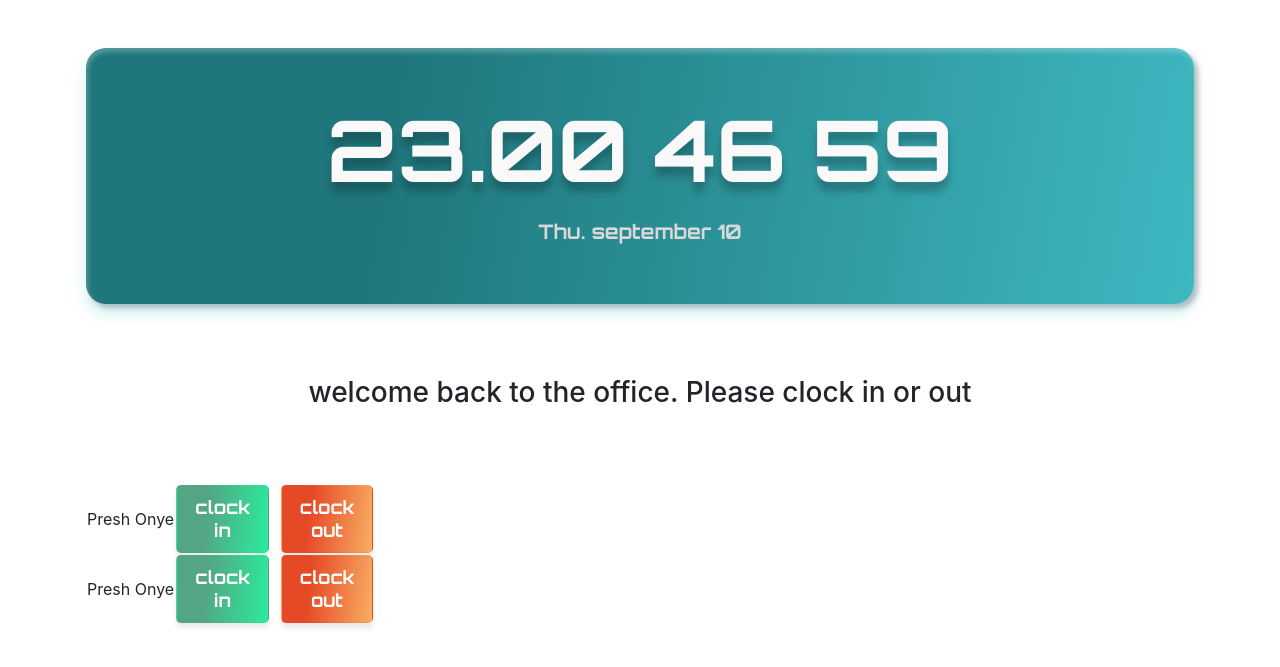
Repository: giprim/clocker
Page: /
The author's editor kept a copy of each file at every save. The page is drawn from the files as they stood at one save, then again after the next save.
The browser window is 1280 px wide. The pictures show the whole page.
The project was rebuilt for these pictures with package versions that can differ from the ones it lists, and the page was loaded fresh each time.

Above is the page before, as saved 2020-09-10 23:49:42.

### src/App.tsx
import React from 'react';
import './App.css';

function App() {
  const currentTime = () => {
    let date = new Date();

    return `${date
      .getHours()
      .toFixed(2)} ${date.getMinutes()} ${date.getSeconds()}`;
  };

  console.log(currentTime());

  return (
    <div className='container py-4'>
      {/* clock section */}
      <div className='clock-box effect p-2 py-md-5 mt-4'>
        <div className='row'>
          <div className='col-12'>
            <h4 className='display-3 text-center'>
              {currentTime().toString()}
            </h4>
          </div>
          <div className='col-12 text-center mt-2 mb-1'>
            <h6>Thu. september 10</h6>
          </div>
        </div>
      </div>

      {/* welcome  */}
      <p className='text-center my-5 py-4 h3'>
        welcome back to the office. Please clock in or out
      </p>

      <table>
        <thead>
          <tr>
            <th></th>
            <th></th>
            <th></th>
          </tr>
        </thead>
        <tbody>
          <tr className='py-3'>
            <td>Presh Onye</td>
            <td className='row justify-content-evenly'>
              <button className='btn clockin col-5'> clock in</button>
              <button className='btn clockout col-5'> clock out</button>
            </td>
          </tr>
          <tr className='py-3 my-3'>
            <td>Presh Onye</td>
            <td className='row justify-content-evenly'>
              <button className='btn clockin col-5'> clock in</button>
              <button className='btn clockout col-5'> clock out</button>
            </td>
          </tr>
        </tbody>
      </table>
    </div>
  );
}

export default App;

### src/App.css
@import url('https://fonts.googleapis.com/css2?family=Orbitron:wght@400;500;600;700;800;900&family=Work+Sans:ital,wght@0,100;0,200;0,400;0,600;0,700;1,500&display=swap');

.clock-box {
  background: linear-gradient(99.35deg, #1f767c 26.99%, #42c1ca 110.13%);
  box-shadow: 0px 10px 15px rgba(66, 193, 202, 0.23),
    4px 4px 5px rgba(0, 0, 0, 0.25), inset 2px 4px 5px rgba(255, 255, 255, 0.25);
  border-radius: 20px;
  position: relative;
  z-index: 10;
}

.clock-box h4 {
  font-family: Orbitron;
  font-style: normal;
  font-weight: bold;
  font-size: 85px;
  line-height: 107px;
  /* identical to box height */

  color: #f9f9f9;

  text-shadow: 0px 9px 9px rgba(0, 0, 0, 0.25);
}

.clock-box h6 {
  font-family: Orbitron;
  font-style: normal;
  font-weight: bold;
  font-size: 20px;
  line-height: 25px;
  /* identical to box height */

  color: #d9d9d9;
}

.clockout,
.clockin {
  font-family: Orbitron;
  font-style: normal;
  font-weight: bold;
  font-size: 18px;
  line-height: 23px;
  /* identical to box height */
  padding-top: 10px;
  padding-bottom: 10px;
  color: #ffffff;
  transition: ease-in 0.13s;
}

/* table.table {
  border: none;
} */

.clockin:hover,
.clockout:hover {
  color: white;
  transform: translateY(-5px);
}

.clockin {
  background: linear-gradient(97.12deg, #54a583 31.21%, #21fca1 115.81%);
  box-shadow: 0px 5px 4px rgba(128, 128, 128, 0.15);
  border-radius: 5px;
}

.clockout {
  background: linear-gradient(
    97.12deg,
    #e64926 31.21%,
    rgba(252, 176, 63, 0.74) 115.81%
  );
  box-shadow: 0px 6px 4px rgba(128, 128, 128, 0.15);
  border-radius: 5px;
}

Loaded but not shown: public/index.html (common file); src/index.tsx (common file); src/index.css (common file); src/serviceWorker.ts (common file)

After the next save:
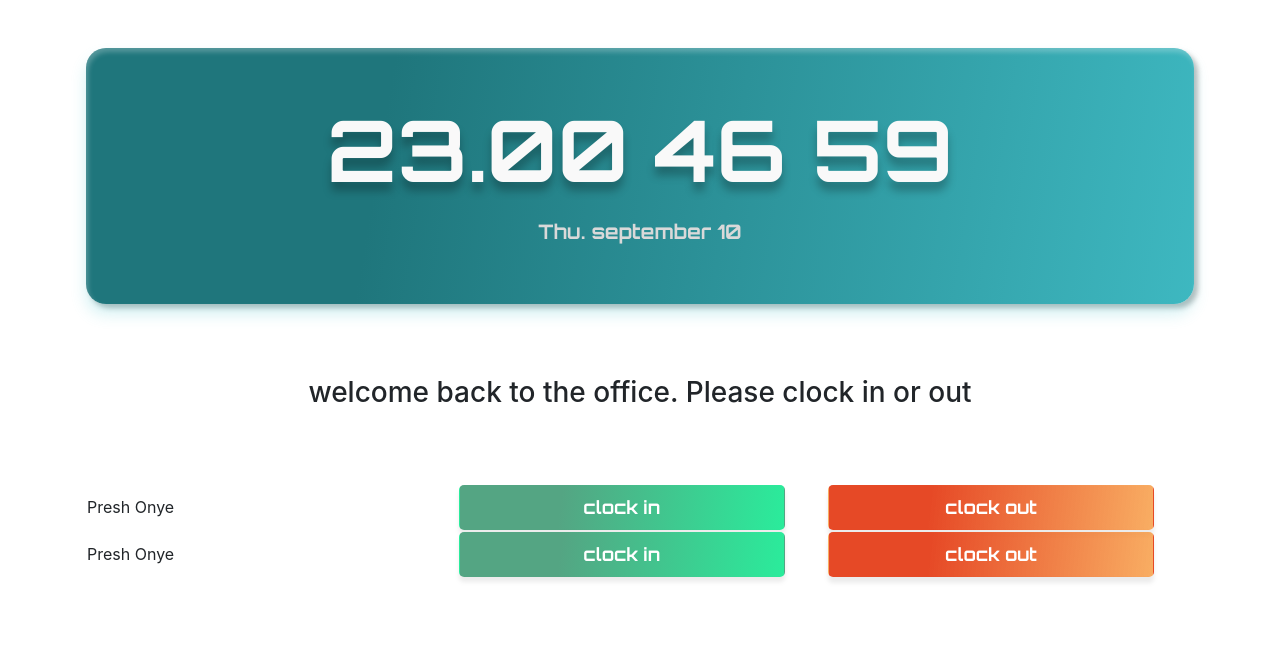
Saved 107 s later.
--- a/src/App.css
+++ b/src/App.css
@@ -72,3 +72,7 @@
   box-shadow: 0px 6px 4px rgba(128, 128, 128, 0.15);
   border-radius: 5px;
 }
+
+table {
+  width: 100%;
+}
